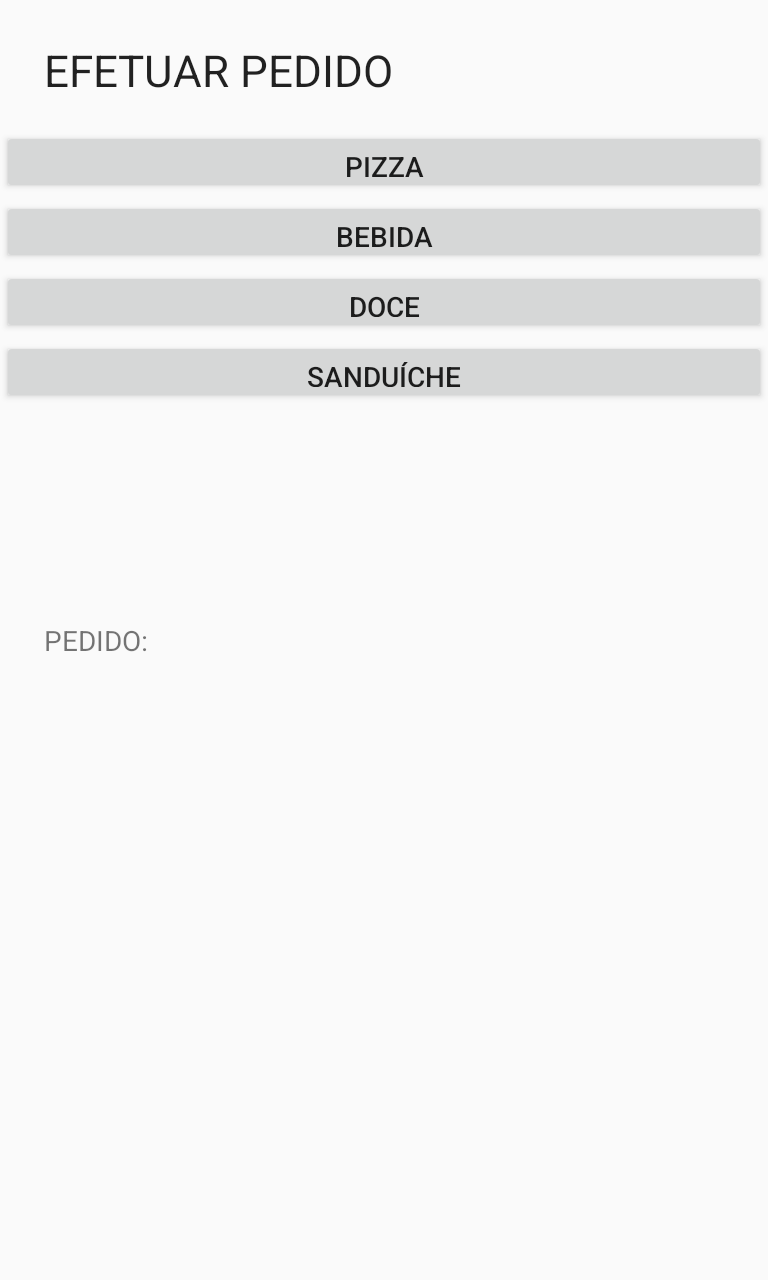
Repository: LucasSampaio/SysPizza-PSI
Layout: CodigoFonte/MOBILE/SysPizza/res/layout/activity_efetuar_pedidos.xml
These files come from the project's save history. The layout is drawn as it stood at one moment and after the next save; the edit follows.
It is drawn on a 768 x 1280 px phone screen (xhdpi) without system bars, with theme AppTheme; the app's code is not run.

Above is the layout before, as saved 2014-09-25 13:40:01.

### CodigoFonte/MOBILE/SysPizza/res/layout/activity_efetuar_pedidos.xml
<?xml version="1.0" encoding="utf-8"?>
<RelativeLayout xmlns:android="http://schemas.android.com/apk/res/android"
    android:layout_width="match_parent"
    android:layout_height="match_parent" >

    <TextView
        android:id="@+id/textView1"
        android:layout_width="wrap_content"
        android:layout_height="wrap_content"
        android:layout_alignParentLeft="true"
        android:layout_alignParentTop="true"
        android:layout_marginLeft="22dp"
        android:layout_marginTop="20dp"
        android:text="EFETUAR PEDIDO"
        android:textAppearance="?android:attr/textAppearanceLarge" />

    <Button
        android:id="@+id/button1"
        android:layout_width="fill_parent"
        android:layout_height="35dp"
        android:layout_below="@+id/textView1"
        android:layout_centerHorizontal="true"
        android:layout_marginTop="14dp"
        android:text="Pizza"/>

    <Button
        android:id="@+id/Button01"
        android:layout_width="fill_parent"
        android:layout_height="35dp"
        android:layout_alignParentLeft="true"
        android:layout_below="@+id/button1"
        android:text="Bebida" />

    <Button
        android:id="@+id/Button02"
        android:layout_width="fill_parent"
        android:layout_height="35dp"
        android:layout_alignParentLeft="true"
        android:layout_below="@+id/Button01"
        android:text="Doce" />

    <Button
        android:id="@+id/Button03"
        android:layout_width="fill_parent"
        android:layout_height="35dp"
        android:layout_alignParentLeft="true"
        android:layout_below="@+id/Button02"
        android:text="Sanduíche" />

    <TextView
        android:id="@+id/textView2"
        android:layout_width="wrap_content"
        android:layout_height="wrap_content"
        android:layout_alignLeft="@+id/textView1"
        android:layout_centerVertical="true"
        android:text="PEDIDO:" />

</RelativeLayout>

Loaded but not shown: CodigoFonte/MOBILE/SysPizza/res/values/styles.xml (common file); CodigoFonte/MOBILE/SysPizza/res/values-v11/styles.xml (common file); CodigoFonte/MOBILE/SysPizza/res/values-v14/styles.xml (common file)

After the next save:
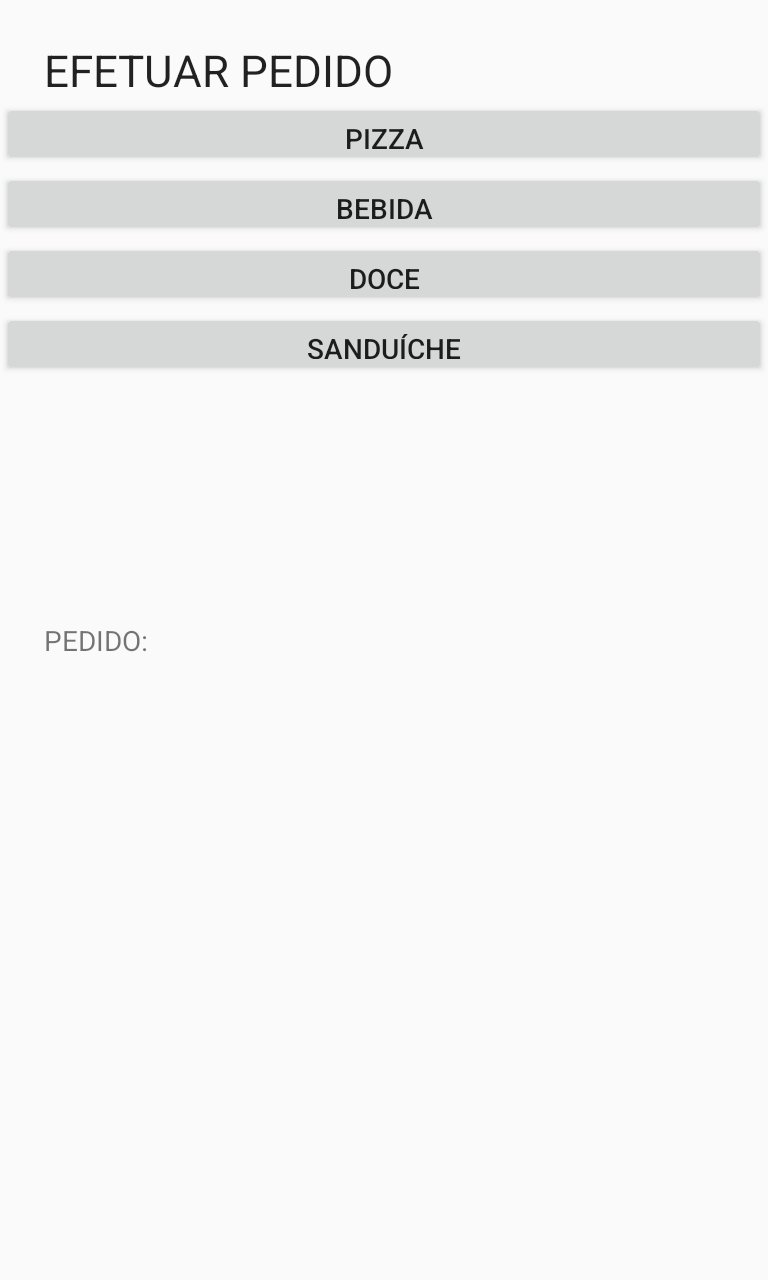
Saved 28 s later.
--- a/CodigoFonte/MOBILE/SysPizza/res/layout/activity_efetuar_pedidos.xml
+++ b/CodigoFonte/MOBILE/SysPizza/res/layout/activity_efetuar_pedidos.xml
@@ -13,15 +13,6 @@
         android:layout_marginTop="20dp"
         android:text="EFETUAR PEDIDO"
         android:textAppearance="?android:attr/textAppearanceLarge" />
-
-    <Button
-        android:id="@+id/button1"
-        android:layout_width="fill_parent"
-        android:layout_height="35dp"
-        android:layout_below="@+id/textView1"
-        android:layout_centerHorizontal="true"
-        android:layout_marginTop="14dp"
-        android:text="Pizza"/>
 
     <Button
         android:id="@+id/Button01"
@@ -55,4 +46,12 @@
         android:layout_centerVertical="true"
         android:text="PEDIDO:" />
 
+    <Button
+        android:id="@+id/button1"
+        android:layout_width="fill_parent"
+        android:layout_height="35dp"
+        android:layout_alignParentLeft="true"
+        android:layout_below="@+id/textView1"
+        android:text="Pizza" />
+
 </RelativeLayout>
